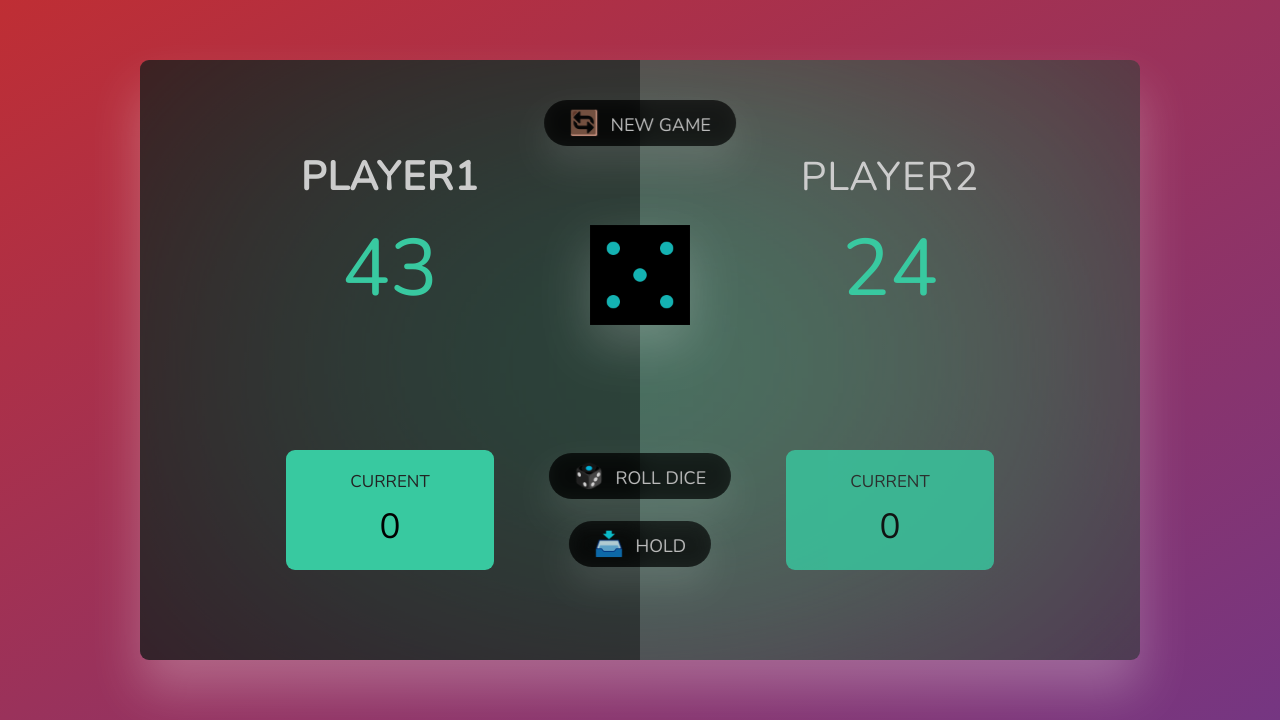
Repository: otvertka/jsc_07
Page: index.html
These files come from the project's save history. The page is drawn as it stood at one moment and after the next save; the edit follows.
The browser window is 1280 px wide. The pictures show the whole page.

Above is the page before, as saved 2022-12-24 13:27:53.

### index.html
<!DOCTYPE html>
<html lang="en">
  <head>
    <meta charset="UTF-8" />
    <meta name="viewport" content="width=device-width, initial-scale=1.0" />
    <meta http-equiv="X-UA-Compatible" content="ie=edge" />
    <link rel="stylesheet" href="style.css" />
    <title>Pig Game</title>
  </head>
  <body>
    <main>
      <section class="player player--0 player--active">
        <h2 class="name" id="name--0">Player1</h2>
        <p class="score" id="score--0">43</p>
        <div class="current">
          <p class="current-label">Current</p>
          <p class="current-score" id="current--0">0</p>
        </div>
      </section>
      <section class="player player--1">
        <h2 class="name" id="name--1">Player2</h2>
        <p class="score" id="score--1">24</p>
        <div class="current">
          <p class="current-label">Current</p>
          <p class="current-score" id="current--1">0</p>
        </div>
      </section>

      <img src="/dice-5.png" alt="Playing dice" class="dice" />
      <button class="btn btn--new">🔄 New game</button>
      <button class="btn btn--roll">🎲 Roll dice</button>
      <button class="btn btn--hold">📥 Hold</button>
    </main>
    <script src="script.js"></script>
  </body>
</html>

### style.css
@import url('https://fonts.googleapis.com/css2?family=Nunito&display=swap');

* {
  margin: 0;
  padding: 0;
  box-sizing: inherit;
}

html {
  font-size: 62.5%;
  box-sizing: border-box;
}

body {
  font-family: 'Nunito', sans-serif;
  font-weight: 400;
  height: 100vh;
  color: #333;
  background-image: linear-gradient(to top left, #753682 0%, #bf2e34 100%);
  display: flex;
  align-items: center;
  justify-content: center;
}

/* LAYOUT */
main {
  position: relative;
  width: 100rem;
  height: 60rem;
  background-color: rgba(255, 255, 255, 0.35);
  backdrop-filter: blur(200px);
  filter: invert();
  box-shadow: 0 3rem 5rem rgba(0, 0, 0, 0.25);
  border-radius: 9px;
  overflow: hidden;
  display: flex;
}

.player {
  flex: 50%;
  padding: 9rem;
  display: flex;
  flex-direction: column;
  align-items: center;
  transition: all 0.75s;
}

/* ELEMENTS */
.name {
  position: relative;
  font-size: 4rem;
  text-transform: uppercase;
  letter-spacing: 1px;
  word-spacing: 2px;
  font-weight: 300;
  margin-bottom: 1rem;
}

.score {
  font-size: 8rem;
  font-weight: 300;
  color: #c7365f;
  margin-bottom: auto;
}

.player--active {
  background-color: rgba(255, 255, 255, 0.4);
}
.player--active .name {
  font-weight: 700;
}
.player--active .score {
  font-weight: 400;
}

.player--active .current {
  opacity: 1;
}

.current {
  background-color: #c7365f;
  opacity: 0.8;
  border-radius: 9px;
  color: #fff;
  width: 65%;
  padding: 2rem;
  text-align: center;
  transition: all 0.75s;
}

.current-label {
  text-transform: uppercase;
  margin-bottom: 1rem;
  font-size: 1.7rem;
  color: #ddd;
}

.current-score {
  font-size: 3.5rem;
}

/* ABSOLUTE POSITIONED ELEMENTS */
.btn {
  position: absolute;
  left: 50%;
  transform: translateX(-50%);
  color: #444;
  background: none;
  border: none;
  font-family: inherit;
  font-size: 1.8rem;
  text-transform: uppercase;
  cursor: pointer;
  font-weight: 400;
  transition: all 0.2s;

  background-color: white;
  background-color: rgba(255, 255, 255, 0.6);
  backdrop-filter: blur(10px);

  padding: 0.7rem 2.5rem;
  border-radius: 50rem;
  box-shadow: 0 1.75rem 3.5rem rgba(0, 0, 0, 0.1);
}

.btn::first-letter {
  font-size: 2.4rem;
  display: inline-block;
  margin-right: 0.7rem;
}

.btn--new {
  top: 4rem;
}
.btn--roll {
  top: 39.3rem;
}
.btn--hold {
  top: 46.1rem;
}

.btn:active {
  transform: translate(-50%, 3px);
  box-shadow: 0 1rem 2rem rgba(0, 0, 0, 0.15);
}

.btn:focus {
  outline: none;
}

.dice {
  position: absolute;
  left: 50%;
  top: 16.5rem;
  transform: translateX(-50%);
  height: 10rem;
  box-shadow: 0 2rem 5rem rgba(0, 0, 0, 0.2);
}

.player--winner {
  background-color: #2f2f2f;
}

.player--winner .name {
  font-weight: 700;
  color: #c7365f;
}

Loaded but not shown: script.js (common file)

After the next save:
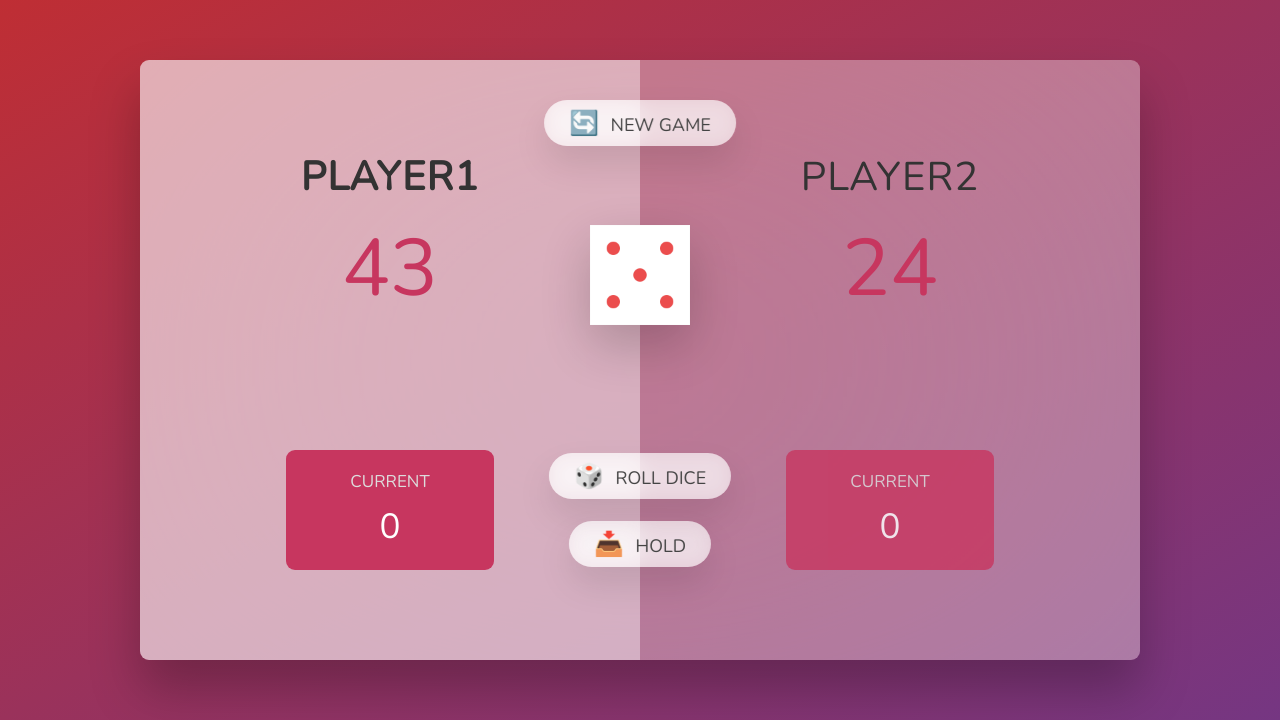
Saved 11 s later.
--- a/style.css
+++ b/style.css
@@ -29,7 +29,7 @@ main {
   height: 60rem;
   background-color: rgba(255, 255, 255, 0.35);
   backdrop-filter: blur(200px);
-  filter: invert();
+  filter: blur();
   box-shadow: 0 3rem 5rem rgba(0, 0, 0, 0.25);
   border-radius: 9px;
   overflow: hidden;
